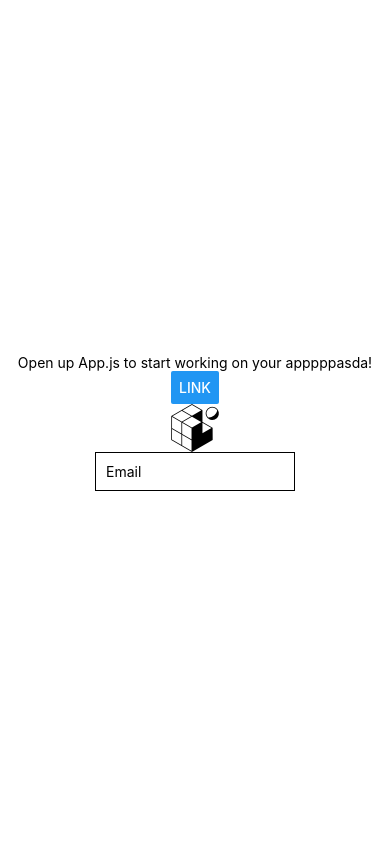
Repository: ntu34543/ReactNativeAndroid
Screen: /
An editor plug-in stored every save of this project. The screen is shown before and after a run of saves, followed by the edit.
The app was drawn by React Native's web renderer in a window 390 px wide. The project was rebuilt for these pictures with package versions that can differ from the ones it lists, and the page was loaded fresh each time.

Above is the screen before, as saved 2022-09-23 16:26:44.

After the next 3 saves:
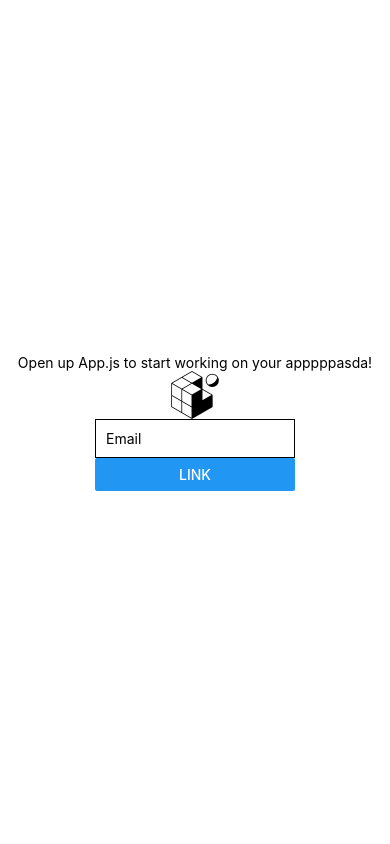
The 3 saves are shown as one change because they came seconds apart.
The last was saved 24 s later.
--- a/App.js
+++ b/App.js
@@ -5,10 +5,10 @@ export default function App() {
   return (
     <View style={styles.container}>
       <Text>Open up App.js to start working on your apppppasda!</Text>
-      <Button title="Link" />
       <Image source={require("./assets/favicon.png")} />
       <View style={styles.body}>
         <TextInput style={styles.TextInput} placeholder="Email" />
+        <Button title="Link" />
       </View>
       <StatusBar style="auto" />
     </View>
@@ -22,9 +22,7 @@ const styles = StyleSheet.create({
     alignItems: "center",
     justifyContent: "center",
   },
-  body: {
-
-  },
+  body: {},
   TextInput: {
     padding: 10,
     borderWidth: 1,
